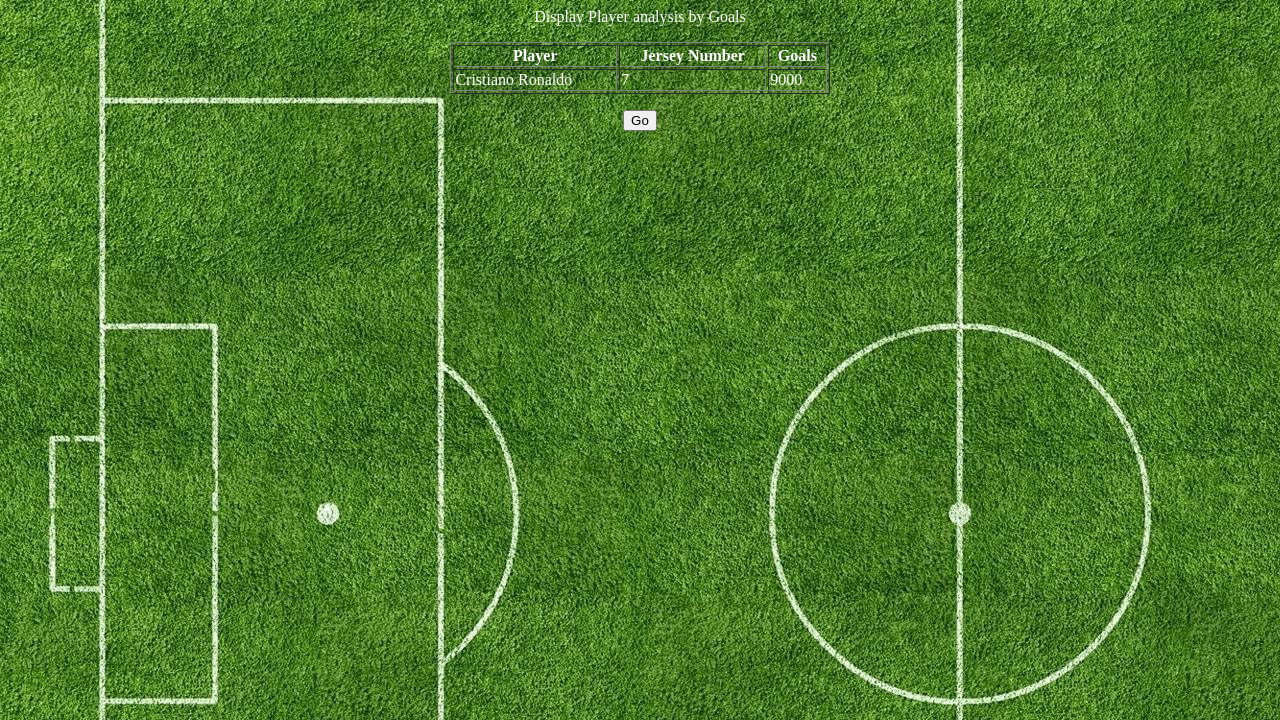
Repository: FredGlozman/SwiftScore
Page: SwiftScore/PlayerAnalysisMode.html
The author's editor kept a copy of each file at every save. The page is drawn from the files as they stood at one save, then again after the next save.
The browser window is 1280 px wide. The pictures show the whole page.

Above is the page before, as saved 2015-12-02 18:47:19.

After the next save:
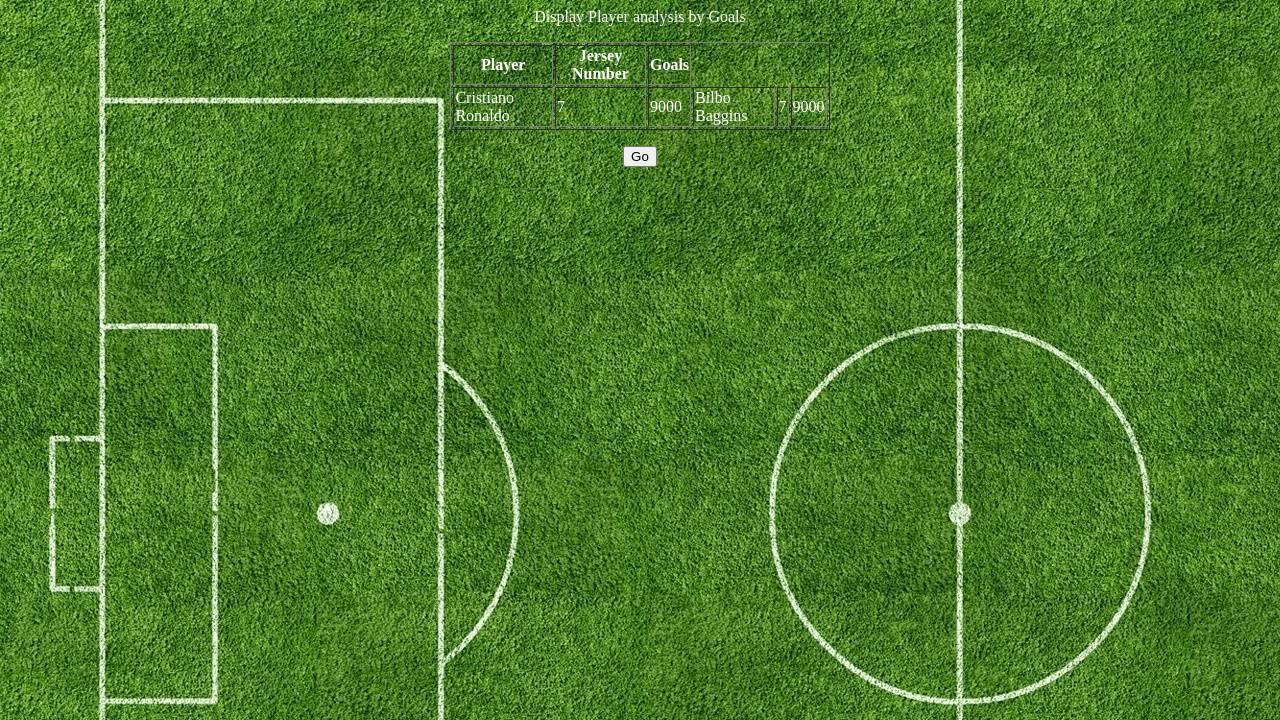
Saved 55 s later.
--- a/SwiftScore/PlayerAnalysisMode.html
+++ b/SwiftScore/PlayerAnalysisMode.html
@@ -23,6 +23,9 @@ color: white;
     		<font><td>Cristiano Ronaldo</td>
     		<td>7</td>
     		<td>9000</td></font>
+    		  <font><td>Bilbo Baggins</td>
+    		<td>7</td>
+    		<td>9000</td></font>
   		</tr>
 	</table>
 
